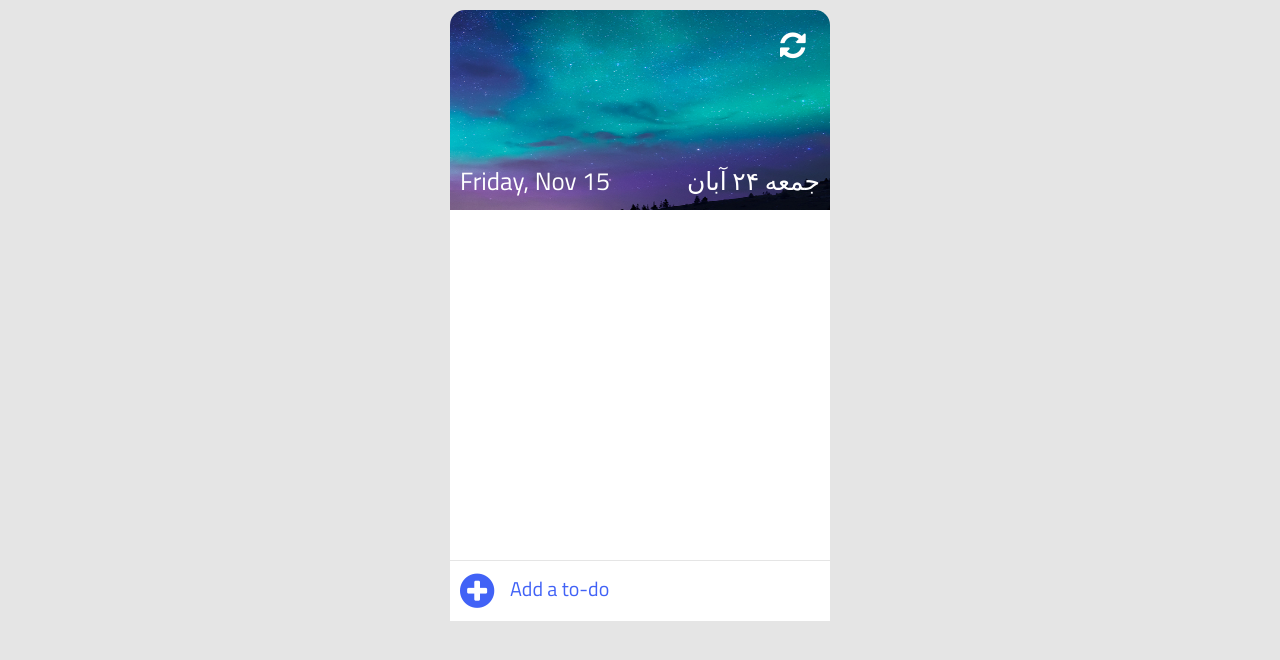
Repository: abouzarSoleymani/todo-js
Page: index.html
An editor plug-in stored every save of this project. The page is shown before and after the next save, followed by the edit.
The browser window is 1280 px wide. The pictures show the whole page.

Above is the page before, as saved 2019-11-15 13:38:53.

### index.html
<!-- CODE EXPLAINED CHANNEL -->
<!DOCTYPE html>
<html lang="en">
<head>
    <meta charset="UTF-8">
    <title>JavaScript - To Do List</title>
    <link rel="stylesheet" href="https://fonts.googleapis.com/css?family=Titillium+Web">
    <link rel="stylesheet" href="css/font-awesome.css">
    <link rel="stylesheet" href="css/style.css">
</head>
<body>
    <div class="container">
        <div class="header">
            <div class="clear">
                <i class="fa fa-refresh"></i>
            </div>
            <div id="date"></div>
            <div id="date-fa"></div>
        </div>
        <div class="content">
            <ul id="list">
               <!--
                <li class="item">
                    <i class="fa fa-circle-thin co" job="complete" id="0"></i>
                    <p class="text">Drink Coffee</p>
                    <i class="fa fa-trash-o de" job="delete" id="0"></i>
                </li> -->
            </ul>
        </div>
        <div class="add-to-do">
            <i class="fa fa-plus-circle"></i>
            <input type="text" id="input" placeholder="Add a to-do">
        </div>
    </div>
    <script src="js/app.js"></script>
</body>
</html>

### css/style.css
/* ------------ youtube.com/CodeExplained ------------ */
body{
    padding: 0;
    margin: 0;
    background-color: rgba(0,0,0,0.1);
    font-family: 'Titillium Web', sans-serif;
}

/* ------------ container ------------ */
.container{
    padding:10px;
    width:380px;
    margin:0 auto;
}

/* ------------ header ------------ */
.header{
    width: 380px;
    height:200px;
    background-image: url('../img/bg2.jpg');
    background-size: 100% 200%;
    background-repeat: no-repeat;
    border-radius: 15px 15px 0 0;
    position: relative;
}
.clear{
    width : 30px;
    height: 30px;
    position: absolute;
    right:20px;
    top: 20px;
}
.clear i{
    font-size: 30px;
    color: #FFF;
}
.clear i:hover{
    cursor: pointer;
    text-shadow: 1px 3px 5px #000;
    transform: rotate(45deg);
}
#date{
    position: absolute;
    bottom: 10px;
    left: 10px;
    color: #FFF;
    font-size: 25px;
    font-family: 'Titillium Web', sans-serif;
}
#date-fa{
    position: absolute;
    bottom: 10px;
    right: 10px;
    color: #FFF;
    font-size: 25px;
    font-family: 'Titillium Web', sans-serif;
}

/* ------------ content ------------ */
.content{
    width:380px;
    height: 350px;
    max-height:350px;
    background-color: #FFF;
    overflow: auto;
}
.content::-webkit-scrollbar {
    display: none;
}
.content ul{
    padding:0;
    margin:0;
}
.item{
    width:380px;
    height: 45px;
    min-height: 45px;
    position: relative;
    border-bottom: 1px solid rgba(0,0,0,0.1);
    list-style: none;
    padding: 0;
    margin: 0;
}
.item i.co{
    position: absolute;
    font-size: 25px;
    padding-left:5px;
    left:15px;
    top:10px;
}
.item i.co:hover{
    cursor: pointer;
}
.fa-check-circle{
    color:#6eb200;
}
.item p.text{
    position: absolute;
    padding:0;
    margin:0;
    font-size: 20px;
    left:50px;
    top:5px;
    background-color: #FFF;
    max-width:285px;
}
.lineThrough{
    text-decoration: line-through;
    color : #ccc;
}
.item i.de{
    position: absolute;
    font-size: 25px;
    right:15px;
    top:10px;
}
.item i.de:hover{
    color:#af0000;
    cursor: pointer;
}
/* ------------ add item ------------ */
.add-to-do{
    position: relative;
    width: 360px;
    height:40px;
    background-color: #FFF;
    padding: 10px;
    border-top: 1px solid rgba(0,0,0,0.1);
}
.add-to-do i{
    position: absolute;
    font-size: 40px;
    color: #4162f6;
}

.add-to-do input{
    position: absolute;
    left: 50px;
    height: 35px;
    width: 310px;
    background-color: transparent;
    border: none;
    font-size: 20px;
    padding-left:10px;
}
.add-to-do input::-webkit-input-placeholder { /* Chrome/Opera/Safari */
    color: #4162f6;
    font-family: 'Titillium Web', sans-serif;
    font-size: 20px;
}
.add-to-do input::-moz-placeholder { /* Firefox 19+ */
    color: #4162f6;
    font-family: 'Titillium Web', sans-serif;
    font-size: 20px;
}
.add-to-do input:-ms-input-placeholder { /* IE 10+ */
    color: #4162f6;
    font-family: 'Titillium Web', sans-serif;
    font-size: 20px;
}
.add-to-do input:-moz-placeholder { /* Firefox 18- */
    color: #4162f6;
    font-family: 'Titillium Web', sans-serif;
    font-size: 20px;
}

### js/app.js
// CODE EXPLAINED channel

// Select the Elements
const clear = document.querySelector(".clear");
const dateElementEN = document.getElementById("date");
const dateElementFA = document.getElementById("date-fa");
const list = document.getElementById("list");
const input = document.getElementById("input");

// Classes names
const CHECK = "fa-check-circle";
const UNCHECK = "fa-circle-thin";
const LINE_THROUGH = "lineThrough";

// Variables
let LIST, id;

// get item from localstorage
let data = localStorage.getItem("TODO");

// check if data is not empty
if(data){
    LIST = JSON.parse(data);
    id = LIST.length; // set the id to the last one in the list
    loadList(LIST); // load the list to the user interface
}else{
    // if data isn't empty
    LIST = [];
    id = 0;
}

// load items to the user's interface
function loadList(array){
    array.forEach(function(item){
        addToDo(item.name, item.id, item.done, item.trash);
    });
}

// clear the local storage
clear.addEventListener("click", function(){
    localStorage.clear();
    location.reload();
});

// Show todays date
const optionsEN = {weekday : "long", month:"short", day:"numeric"};
const optionsFA = { weekday : "long", month:"short", day:"numeric"};
const today = new Date();

dateElementEN.innerHTML = today.toLocaleDateString("en-US", optionsEN);
dateElementFA.innerHTML = today.toLocaleDateString("fa", optionsFA);

// add to do function

function addToDo(toDo, id, done, trash){

    if(trash){ return; }

    const DONE = done ? CHECK : UNCHECK;
    const LINE = done ? LINE_THROUGH : "";

    const item = `<li class="item">
                    <i class="fa ${DONE} co" job="complete" id="${id}"></i>
                    <p class="text ${LINE}">${toDo}</p>
                    <i class="fa fa-trash-o de" job="delete" id="${id}"></i>
                  </li>
                `;

    const position = "beforeend";

    list.insertAdjacentHTML(position, item);
}

// add an item to the list user the enter key
document.addEventListener("keyup",function(even){
    if(event.keyCode == 13){
        const toDo = input.value;

        // if the input isn't empty
        if(toDo){
            addToDo(toDo, id, false, false);

            LIST.push({
                name : toDo,
                id : id,
                done : false,
                trash : false
            });

            // add item to localstorage ( this code must be added where the LIST array is updated)
            localStorage.setItem("TODO", JSON.stringify(LIST));

            id++;
        }
        input.value = "";
    }
});


// complete to do
function completeToDo(element){
    element.classList.toggle(CHECK);
    element.classList.toggle(UNCHECK);
    element.parentNode.querySelector(".text").classList.toggle(LINE_THROUGH);

    LIST[element.id].done = LIST[element.id].done ? false : true;
}

// remove to do
function removeToDo(element){
    element.parentNode.parentNode.removeChild(element.parentNode);

    LIST[element.id].trash = true;
}

// target the items created dynamically

list.addEventListener("click", function(event){
    const element = event.target; // return the clicked element inside list
    const elementJob = element.attributes.job.value; // complete or delete

    if(elementJob == "complete"){
        completeToDo(element);
    }else if(elementJob == "delete"){
        removeToDo(element);
    }

    // add item to localstorage ( this code must be added where the LIST array is updated)
    localStorage.setItem("TODO", JSON.stringify(LIST));
});

Loaded but not shown: css/font-awesome.css (library)

After the next save:
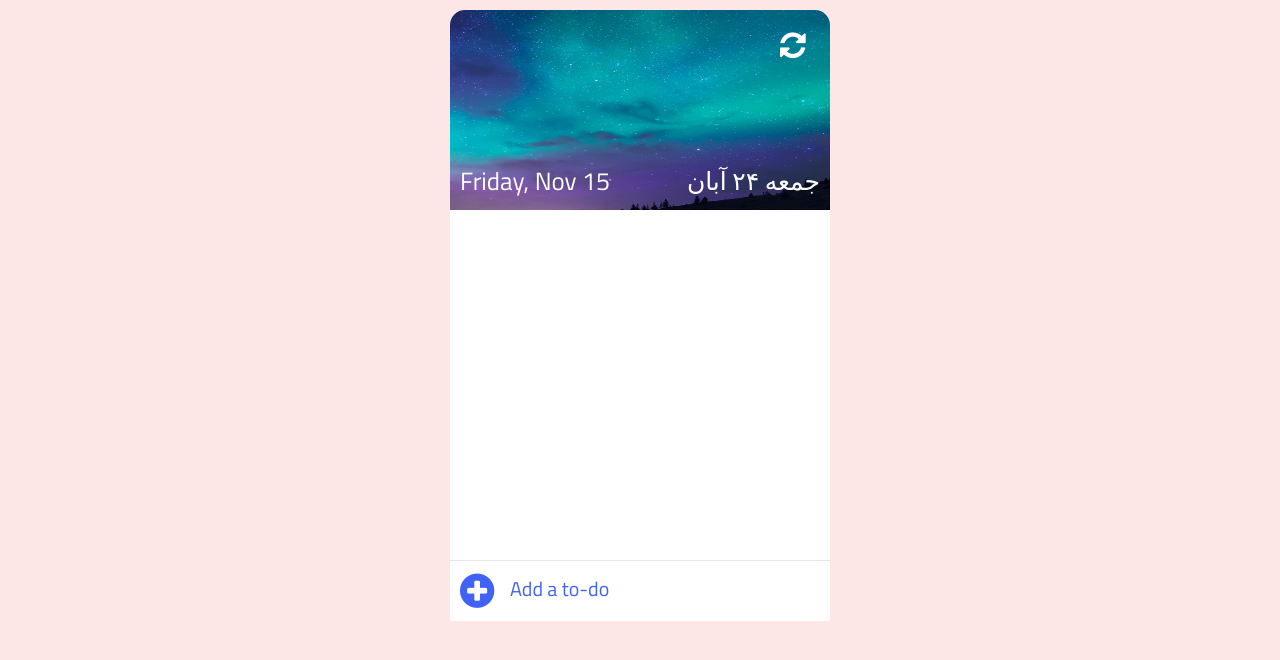
Saved 3 min 30 s later.
--- a/css/style.css
+++ b/css/style.css
@@ -2,7 +2,7 @@
 body{
     padding: 0;
     margin: 0;
-    background-color: rgba(0,0,0,0.1);
+    background-color: rgba(226, 14, 14, 0.1);
     font-family: 'Titillium Web', sans-serif;
 }
 
